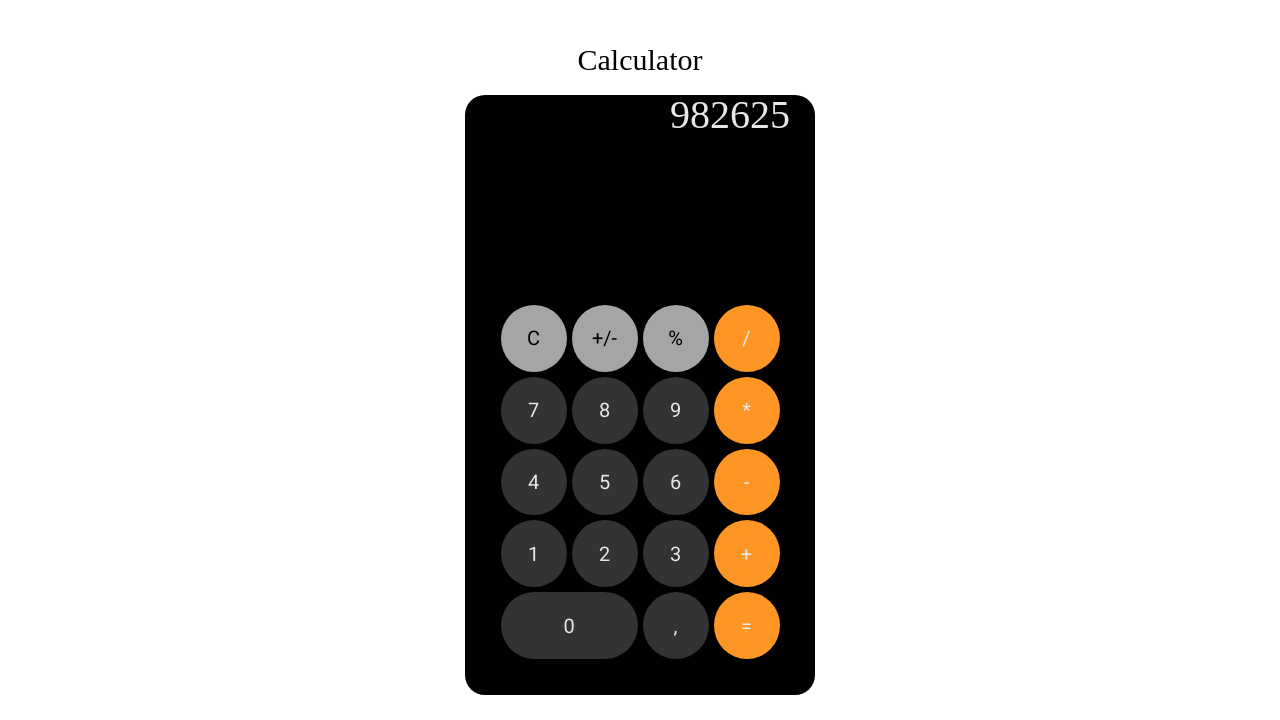
Repository: Gibon9/SimpleCalc
Page: index.html
An editor plug-in stored every save of this project. The page is shown before and after the next save, followed by the edit.
The browser window is 1280 px wide. The pictures show the whole page.
Some web fonts or font styles are not loaded; a fallback is used.

Above is the page before, as saved 2020-11-28 13:25:25.

### index.html
<!DOCTYPE html>
<html lang="en">
  <head>
    <meta charset="UTF-8" />
    <meta name="viewport" content="width=device-width, initial-scale=1.0" />
    <link rel="stylesheet" href="style/reset.css" />
    <link rel="stylesheet" href="style/style.css" />
    <title>Calculator</title>
  </head>

  <body>
    <main class="main">
      <h1 class="title">Calculator</h1>
      <section class="clac">
        <div class="calc-display" id="display">
          <p class="calc-dispaly--text">982625</p>
        </div>
        <section class="keyboard" id="keyboard">
          <button class="calc-button calc-button-secondary c-btn" id="clear">
            C
          </button>
          <button
            class="calc-button calc-button-secondary plus-minus-btn"
            id="plus-minus"
          >
            +/-
          </button>
          <button
            class="calc-button calc-button-secondary percent-btn"
            id="percent"
          >
            %
          </button>
          <button class="calc-button one-btn" id="btn1">1</button>
          <button class="calc-button two-btn" id="btn2">2</button>
          <button class="calc-button three-btn" id="btn3">3</button>
          <button class="calc-button four-btn" id="btn4">4</button>
          <button class="calc-button five-btn" id="btn5">5</button>
          <button class="calc-button six-btn" id="btn6">6</button>
          <button class="calc-button seven-btn" id="btn7">7</button>
          <button class="calc-button eight-btn" id="btn8">8</button>
          <button class="calc-button nine-btn" id="btn9">9</button>
          <button class="calc-button zero-btn" id="btn0">0</button>
          <button class="calc-button calc-button-operation plus-btn" id="plus">
            +
          </button>
          <button
            class="calc-button calc-button-operation minus-btn"
            id="minus"
          >
            -
          </button>
          <button
            class="calc-button calc-button-operation divide-btn"
            id="divide"
          >
            /
          </button>
          <button
            class="calc-button calc-button-operation multiply-btn"
            id="multiply"
          >
            *
          </button>
          <button
            class="calc-button calc-button-operation equal-btn"
            id="equal"
          >
            =
          </button>
          <button class="calc-button coma-btn" id="coma">,</button>
        </section>
      </section>
    </main>
    <script src="./index.js"></script>
  </body>
</html>

### style/style.css
@import url("https://fonts.googleapis.com/css2?family=Roboto&family=Saira+Stencil+One&display=swap");

:root {
  --background-color: #010101;
  --display-color: black;
  --primary-btn-color: #a5a5a5;
  --secondary-color: #333333;
  --secondary-btn-color: #fd9624;
  --text-color: #e7e7e7;
}

* {
  box-sizing: border-box;
}

.calc-display,
.title {
  font-family: "Saira Stencil One", cursive;
}

.calc-button {
  font-family: "Roboto", sans-serif;
}

.main {
  display: flex;
  flex-direction: column;
  justify-content: center;
  align-items: center;
  width: 100vw;
  height: 100vh;
}

.title {
  font-size: 30px;
  margin: 20px 0;
}

.clac {
  width: 350px;
  height: 600px;
  background-color: var(--background-color);
  border-radius: 20px;
}

.calc-display {
  display: flex;
  justify-content: flex-end;
  text-align: center;
  margin: 0 auto;
  width: 300px;
  height: 35%;
  background-color: var(--display-color);
  color: var(--text-color);
  border-radius: 10px;
  font-size: 40px;
}

.calc-dispaly--text {
  text-align: right;
  font-size: 40px;
  line-height: 1;
}

.keyboard {
  height: 65%;
  display: grid;
  grid-template-columns: repeat(10, 1fr);
  grid-template-rows: repeat(11, 1fr);
  gap: 5px 5px;
}

.calc-button {
  cursor: pointer;
  font-size: 20px;
  color: var(--text-color);
  background-color: var(--secondary-color);
  border-radius: 50%;
  border: none;
}

.calc-button:hover {
  background-color: #3f3f3f;
}

.calc-button-operation {
  background-color: var(--secondary-btn-color);
}

.calc-button-operation:hover {
  background-color: #ff8800;
}

.calc-button-secondary {
  background-color: var(--primary-btn-color);
  color: var(--background-color);
}

.calc-button-secondary:hover {
  background-color: #969696;
}

.c-btn {
  grid-column: 2/4;
  grid-row: 1/3;
}

.plus-minus-btn {
  grid-column: 4/6;
  grid-row: 1/3;
}

.percent-btn {
  grid-column: 6/8;
  grid-row: 1/3;
}

.divide-btn {
  grid-column: 8/10;
  grid-row: 1/3;
}

.seven-btn {
  grid-column: 2/4;
  grid-row: 3/5;
}

.eight-btn {
  grid-column: 4/6;
  grid-row: 3/5;
}

.nine-btn {
  grid-column: 6/8;
  grid-row: 3/5;
}

.multiply-btn {
  grid-column: 8/10;
  grid-row: 3/5;
}

.four-btn {
  grid-column: 2/4;
  grid-row: 5/7;
}

.five-btn {
  grid-column: 4/6;
  grid-row: 5/7;
}

.six-btn {
  grid-column: 6/8;
  grid-row: 5/7;
}

.minus-btn {
  grid-column: 8/10;
  grid-row: 5/7;
}

.one-btn {
  grid-column: 2/4;
  grid-row: 7/9;
}

.two-btn {
  grid-column: 4/6;
  grid-row: 7/9;
}

.three-btn {
  grid-column: 6/8;
  grid-row: 7/9;
}

.plus-btn {
  grid-column: 8/10;
  grid-row: 7/9;
}

.zero-btn {
  grid-column: 2/6;
  grid-row: 9/11;
  border-radius: 50px;
}

.coma-btn {
  grid-column: 6/8;
  grid-row: 9/11;
}

.equal-btn {
  grid-column: 8/10;
  grid-row: 9/11;
}

Loaded but not shown: style/reset.css (common file); index.js (no copy from this time; the picture is the same without it)

After the next save:
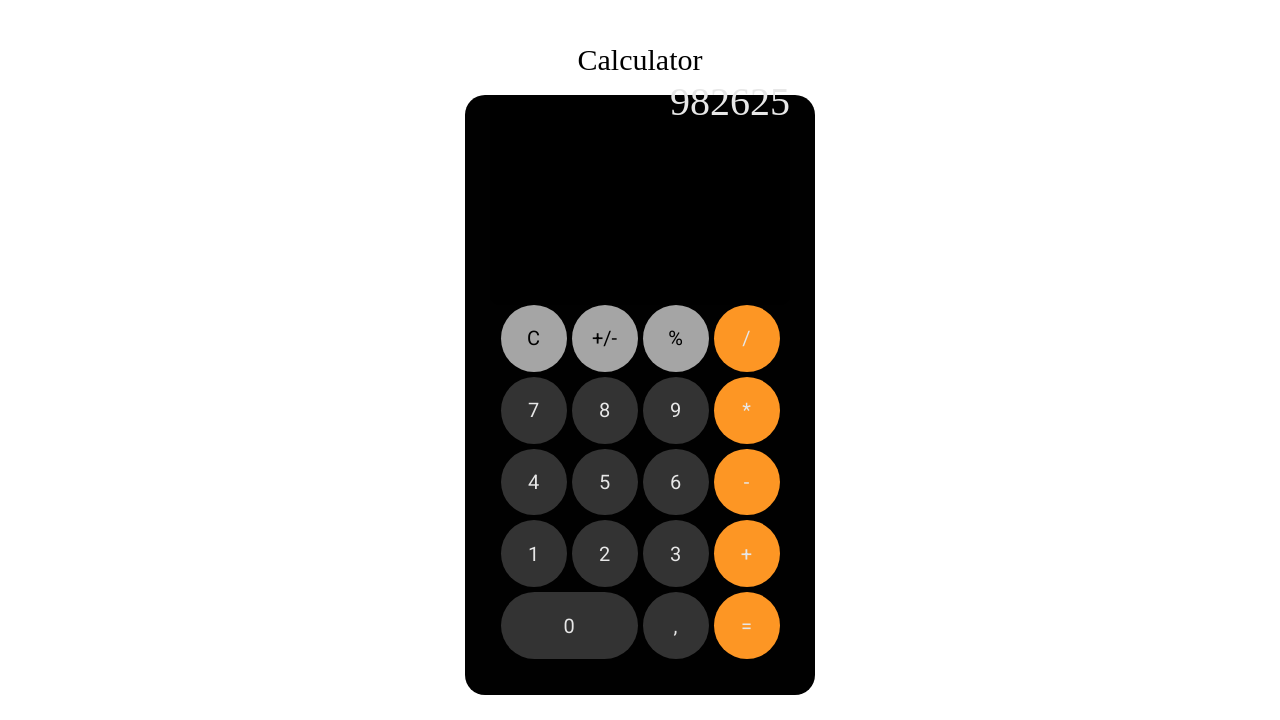
Saved 37 s later.
--- a/style/style.css
+++ b/style/style.css
@@ -59,7 +59,7 @@
 .calc-dispaly--text {
   text-align: right;
   font-size: 40px;
-  line-height: 1;
+  line-height: 35%;
 }
 
 .keyboard {
